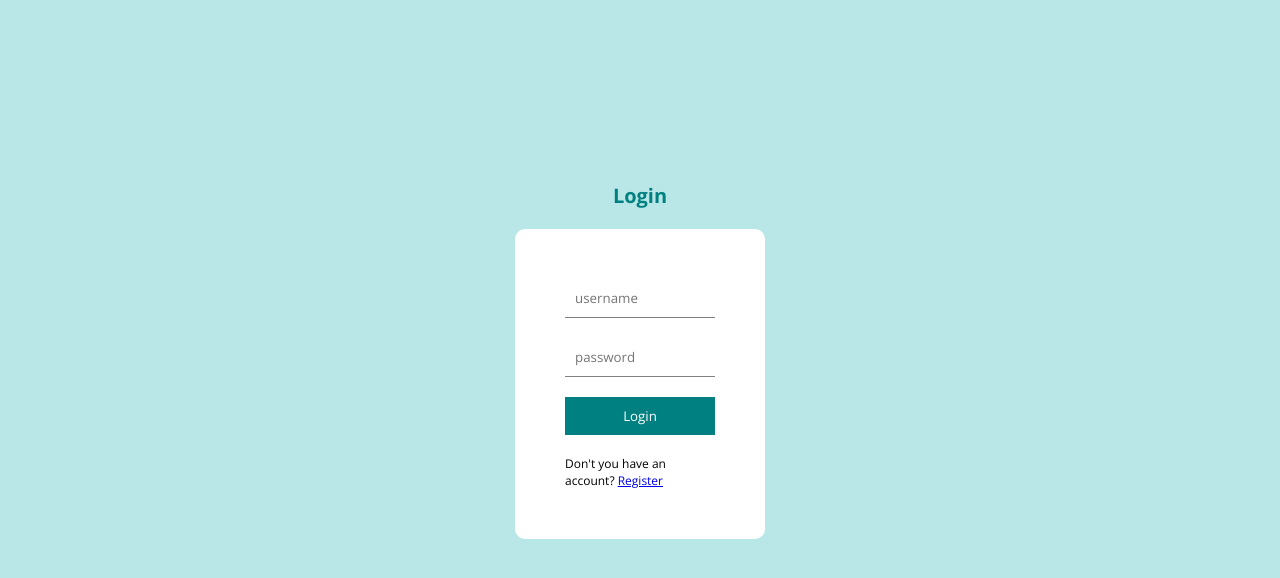
Repository: juansesu3/Blog-Full-Stack
Page: /login (app in client/blog/)
An editor plug-in stored every save of this project. The page is shown before and after the next save, followed by the edit.
The browser window is 1280 px wide. The pictures show the whole page.
The project was rebuilt for these pictures with package versions that can differ from the ones it lists, and the page was loaded fresh each time. Also part of the build but not shown: client/blog/vite.config.js, client/blog/src/pages/Register.jsx, client/blog/src/pages/Single.jsx, client/blog/src/pages/Write.jsx, client/blog/src/pages/Home.jsx, client/blog/src/components/Navbar.jsx, client/blog/src/components/Footer.jsx.

Above is the page before, as saved 2023-04-18 13:47:16.

### client/blog/index.html
<!DOCTYPE html>
<html lang="en">

<head>
  <meta charset="UTF-8" />
  <link rel="icon" type="image/svg+xml" href="/vite.svg" />
  <link href="https://fonts.googleapis.com/css2?family=Open+Sans:wght@300;400;500;600;700;800&display=swap"
    rel="stylesheet" />
  <meta name="viewport" content="width=device-width, initial-scale=1.0" />
  <title>Blog</title>

</head>

<body>
  <div id="root"></div>
  <script type="module" src="/src/main.jsx"></script>
</body>

</html>

### client/blog/src/App.jsx
import {
  createBrowserRouter,
  Outlet,
  RouterProvider,
} from "react-router-dom";
import Register from "./pages/Register";
import Login from "./pages/Login";
import Single from "./pages/Single";
import Write from "./pages/Write";
import Home from "./pages/Home"
import Navbar from "./components/Navbar"
import Footer from "./components/Footer"
import "./style.scss"

const Layout = () => {

  return(
    <>
    <Navbar/>
    <Outlet/>
    <Footer/>
    </>
  )
}

const router = createBrowserRouter([
  {
    path: "/",
    element:<Layout/>,
    children:[
      {
        path:"/",
        element:<Home/>
      },
      {
        path:"/post/:id",
        element:<Single/>
      },
      {
        path:"/write",
        element:<Write/>
      }
    ]
  },
  {
    path: "/register",
    element: <Register />,
  },
  {
    path: "/login",
    element: <Login />,
  }
]);

function App() {
  return (
    <div className="app">
      <div className="container">
      <RouterProvider router={router} />
      </div>
    </div>
  )
}



export default App

### client/blog/src/pages/Login.jsx
import React from 'react'
import { Link } from 'react-router-dom'

const Login = () => {
  return (
    <div className='auth'>
      <h1>Login</h1>
      <form>
        <input type="text" placeholder='username' />
        <input type="password" placeholder='password' />
        <button>Login</button>
        <span>Don't you have an account? <Link to="/register">Register</Link></span>
      </form>
      </div>
  )
}

export default Login

### client/blog/src/style.scss
* {
    box-sizing: border-box;
    font-family: "Open Sans", sans-serif;
    margin: 0;
    box-sizing: border-box;
  }

$lightGreen: #b9e7e7;
.app{
    .container{
        //LOGIN & REGISTER
        .auth{
            display: flex;
            flex-direction: column;
            align-items: center;
            justify-content: center;
            height: 100vh;
            background-color: $lightGreen;
        }
        h1{
            font-size: 20px;
            color:teal;
            margin-bottom: 20px;
        }
        form{
            display: flex;
            flex-direction: column;
            padding: 50px;
            background-color: white;
            width: 250px;
            gap: 20px;
            border-radius: 10px;
        }
        input{
            padding: 10px;
            border: none;
            border-bottom: 1px solid gray ;
        }
        button{
            padding: 10px;
            border: none;
            background-color: teal;
            color: white;
            cursor: pointer;
        }
        span{
            font-size: 12px;

        }

    }
}

Loaded but not shown: client/blog/src/main.jsx (common file)

After the next save:
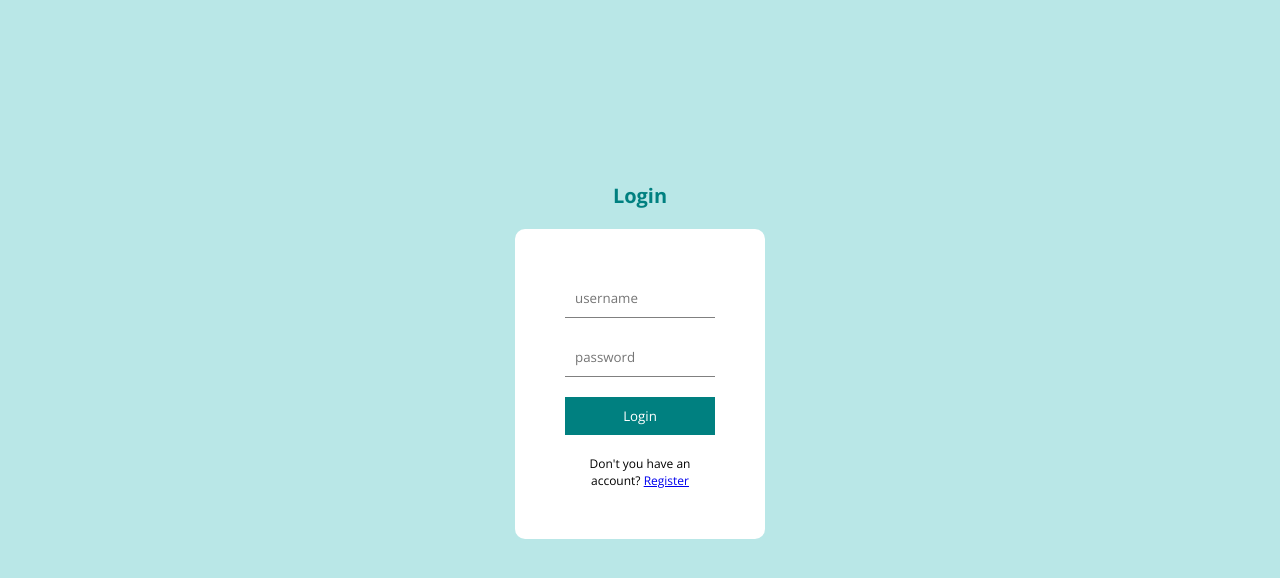
Saved 10 s later.
--- a/client/blog/src/style.scss
+++ b/client/blog/src/style.scss
@@ -45,6 +45,7 @@ $lightGreen: #b9e7e7;
         }
         span{
             font-size: 12px;
+            text-align: center;
 
         }
 
